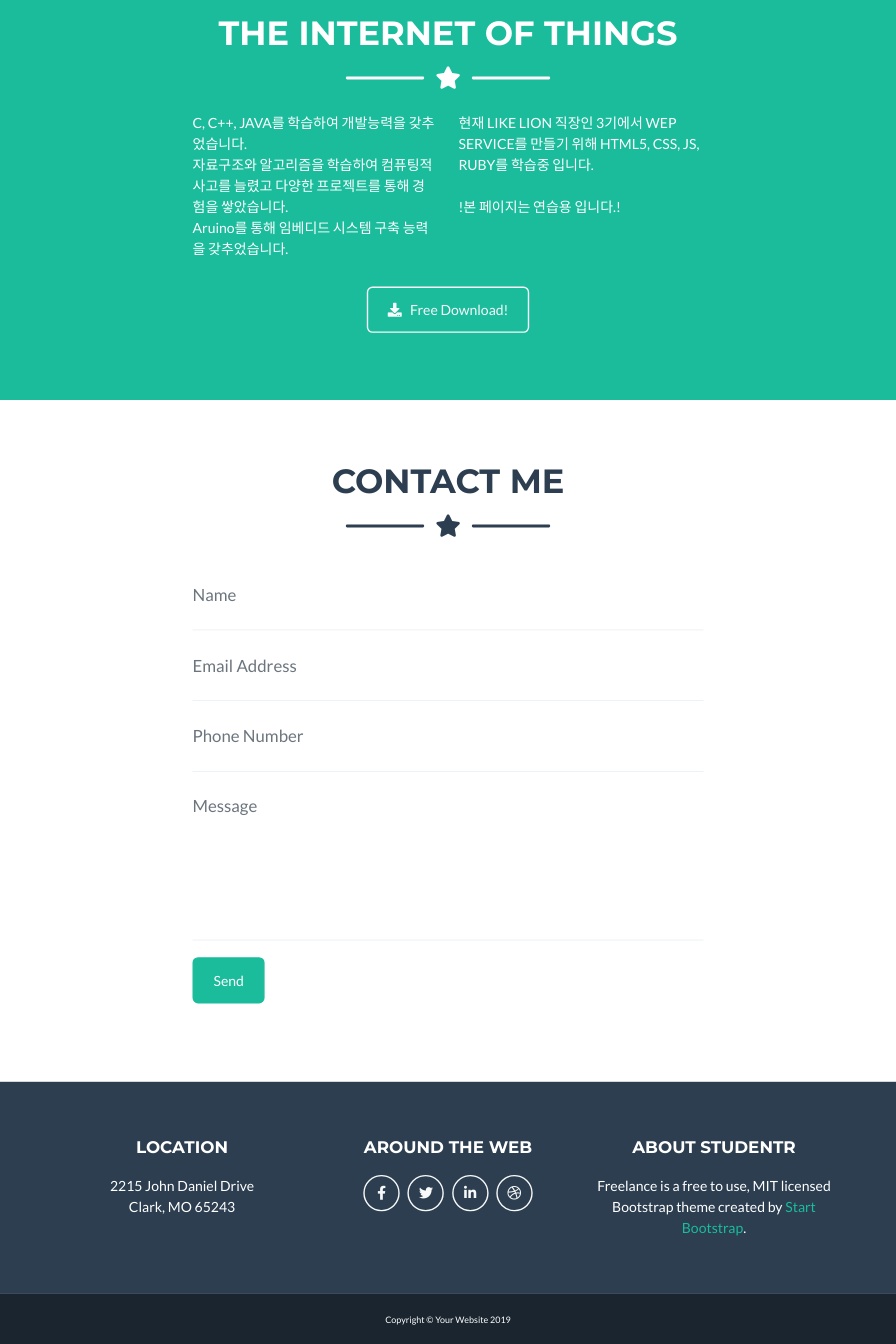
Repository: seungminlll3420/ruby_on_rails
Page: Resume Page/index.html
The author's editor kept a record of every edit. The page is drawn from the files as they stood at one moment, then again after the next edit.
The browser window is 1280 px wide. The pictures show the part of the page from y = 1949 to 3869 px (the page is 3869 px tall before and 3839 px after), at 70% of full size.
A picture or video elsewhere on the page could not be fetched, so the positions and the page height are approximate.

Above is the page before.

After the next edit:
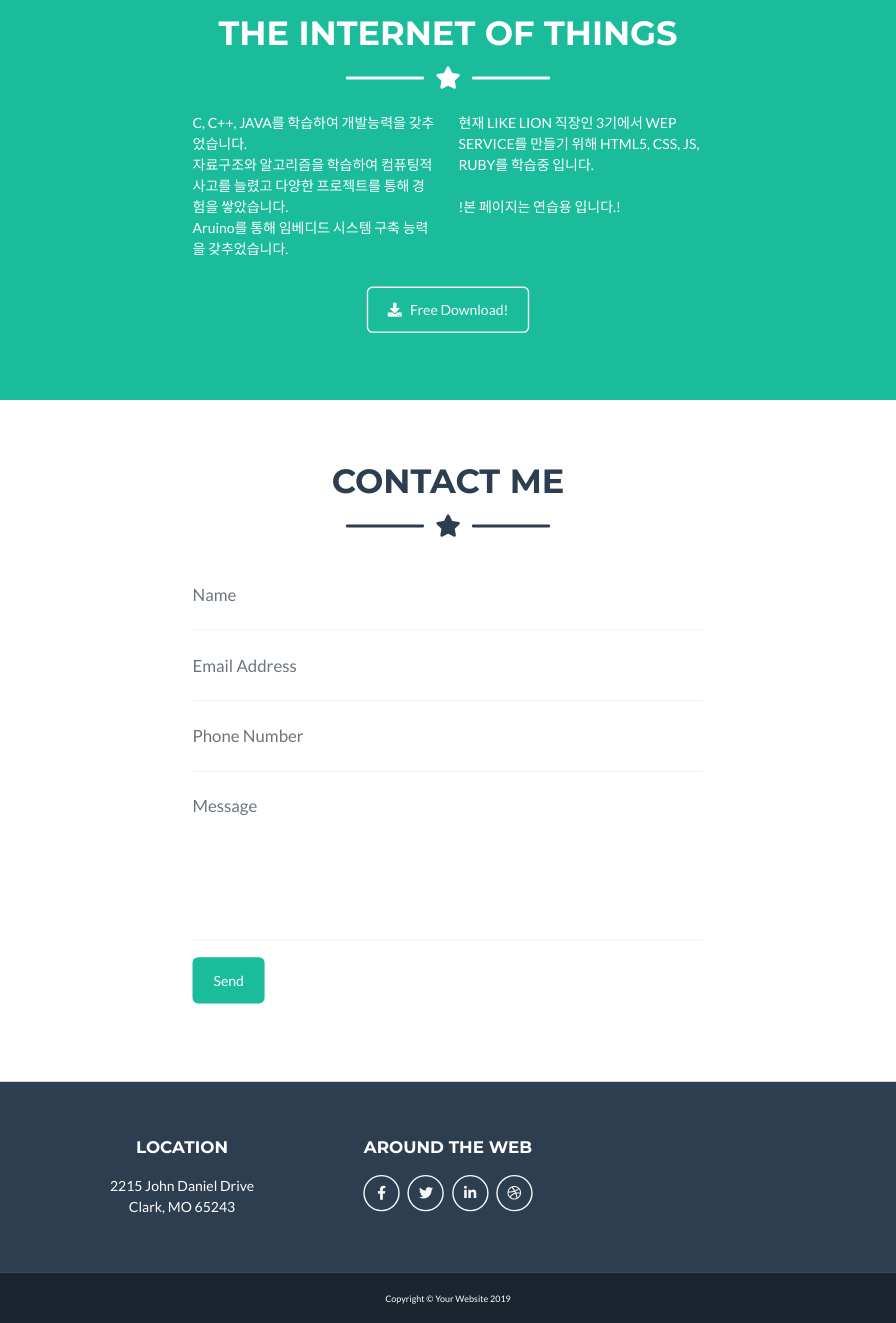
The edit:
--- a/Resume Page/index.html
+++ b/Resume Page/index.html
@@ -296,11 +296,7 @@
         </div>
 
         <!-- Footer About Text -->
-        <div class="col-lg-4">
-          <h4 class="text-uppercase mb-4">ABOUT Studentr</h4>
-          <p class="lead mb-0">Freelance is a free to use, MIT licensed Bootstrap theme created by
-            <a href="http://startbootstrap.com">Start Bootstrap</a>.</p>
-        </div>
+
 
       </div>
     </div>
